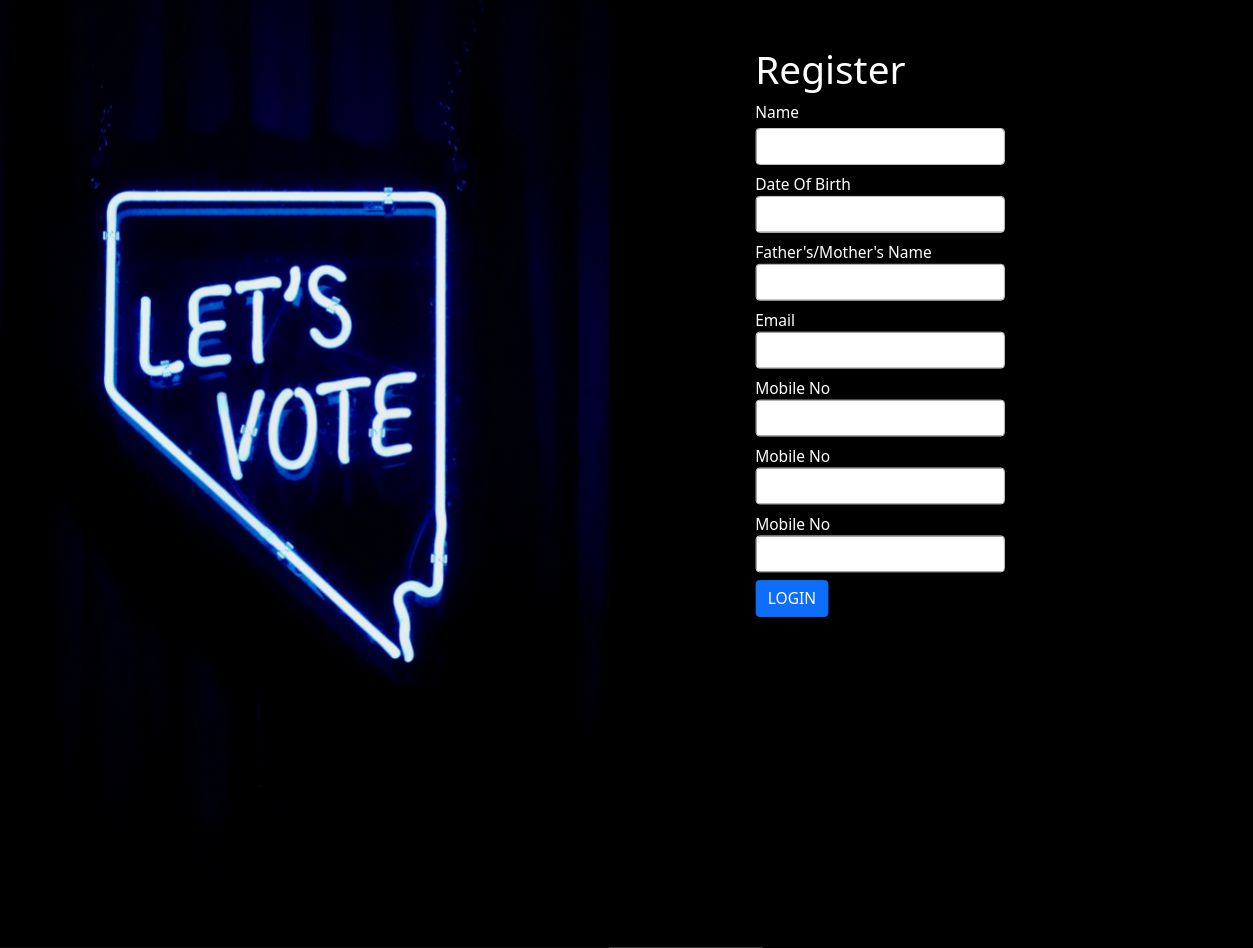
Repository: DavidManiIbrahim/Voting-app
Page: Register.html
The author's editor kept a copy of each file at every save. The page is drawn from the files as they stood at one save, then again after a run of saves.
The browser window is 1280 px wide. The page is 1292 px wide, so the pictures cover 1292 px, including what lies to the right of the window. The pictures show the whole page, at 97% of full size.

Above is the page before, as saved 2025-01-18 07:54:54.

After the next 2 saves:
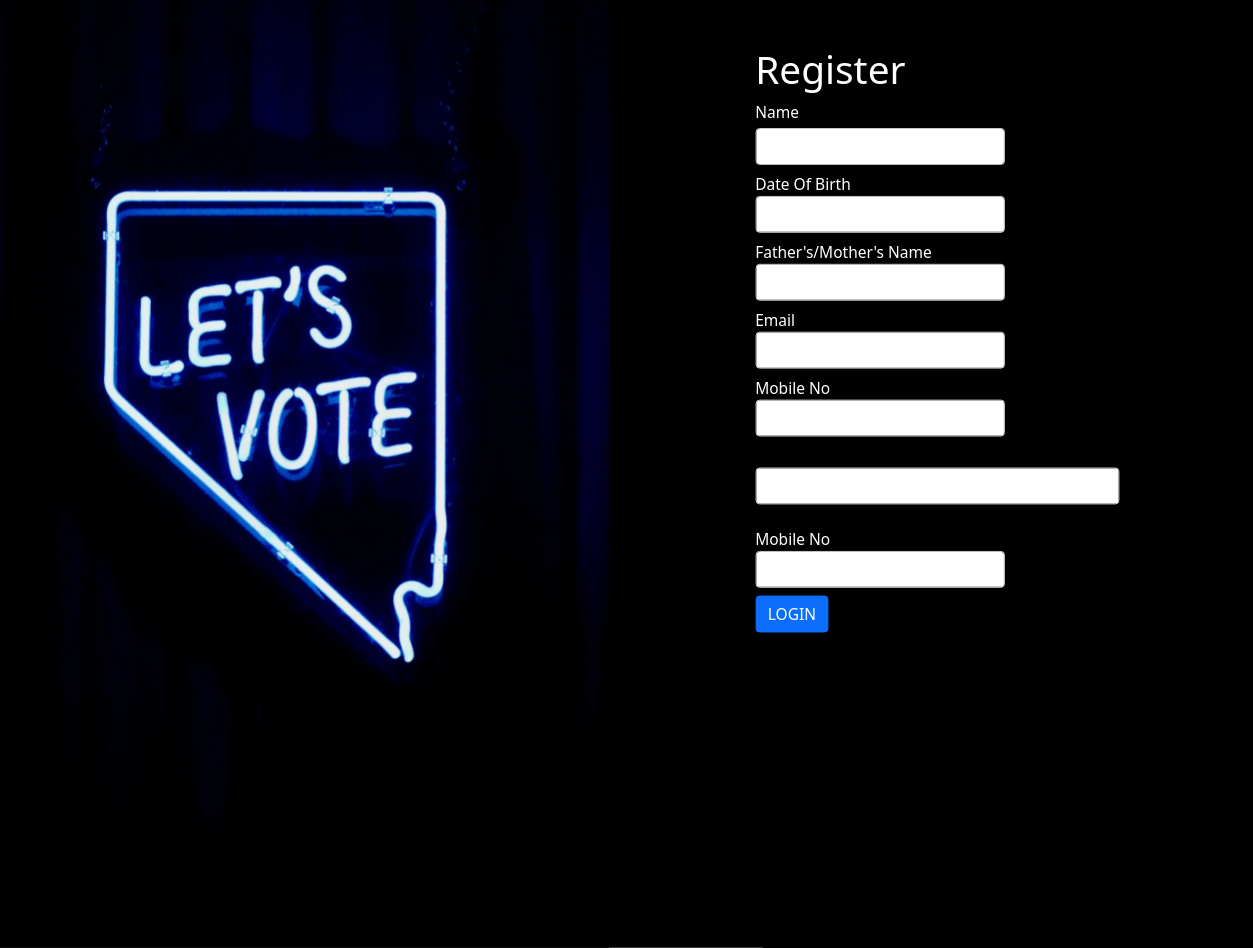
The 2 saves are shown as one change because they came seconds apart.
The last was saved 19 s later.
--- a/Register.html
+++ b/Register.html
@@ -46,7 +46,7 @@
                 <input class="form-control w-100" type="text" class="form-text">
             </label>
             <br>
-            <label class="form-label"" for="mobile-no">Mobile No  <br>
+            <label class="form-label"" for="mobile-no"></label>  <br>
                 <input class="form-control w-100" type="text" class="form-text">
             </label>
             <br>

After the save that followed:
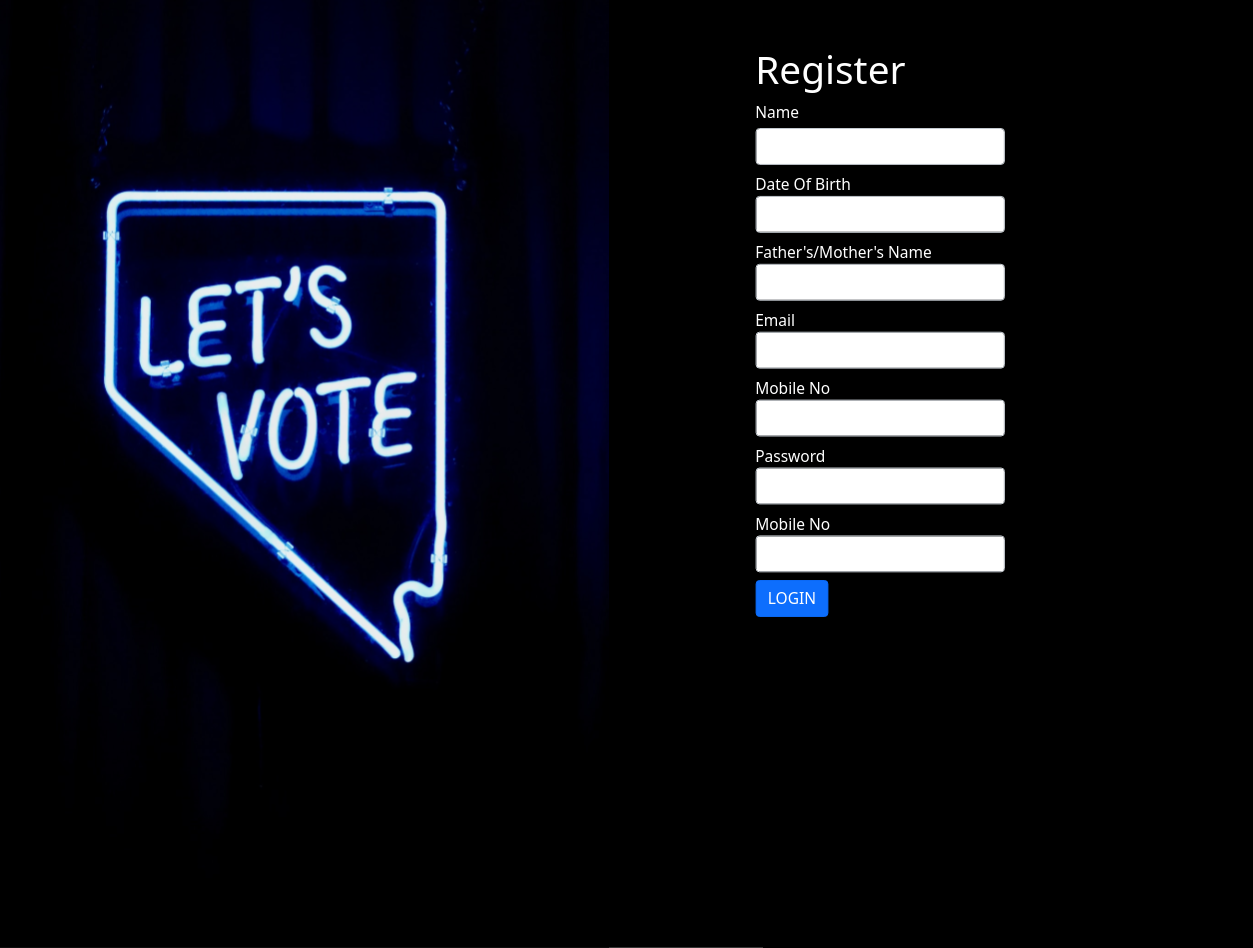
Saved 7 s later.
--- a/Register.html
+++ b/Register.html
@@ -46,7 +46,7 @@
                 <input class="form-control w-100" type="text" class="form-text">
             </label>
             <br>
-            <label class="form-label"" for="mobile-no"></label>  <br>
+            <label class="form-label"" for="mobile-no">Password  <br>
                 <input class="form-control w-100" type="text" class="form-text">
             </label>
             <br>
